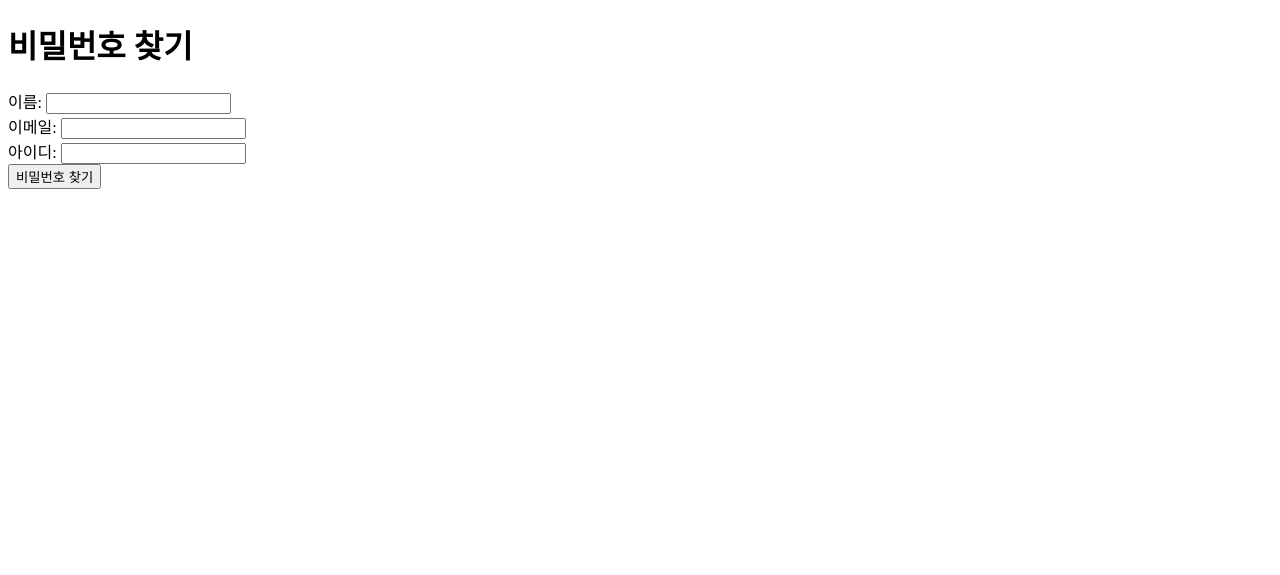
Repository: 0823-01/MonoLiving
Page: http://localhost/shoppingMall/views/member/pwReset.jsp
These files come from the project's save history. The page is drawn as it stood at one moment and after the next save; the edit follows.
The browser window is 1280 px wide. The pictures show the whole page.
The page is served by Tomcat 9.

Above is the page before, as saved 2024-11-01 00:39:28.

After the next save:
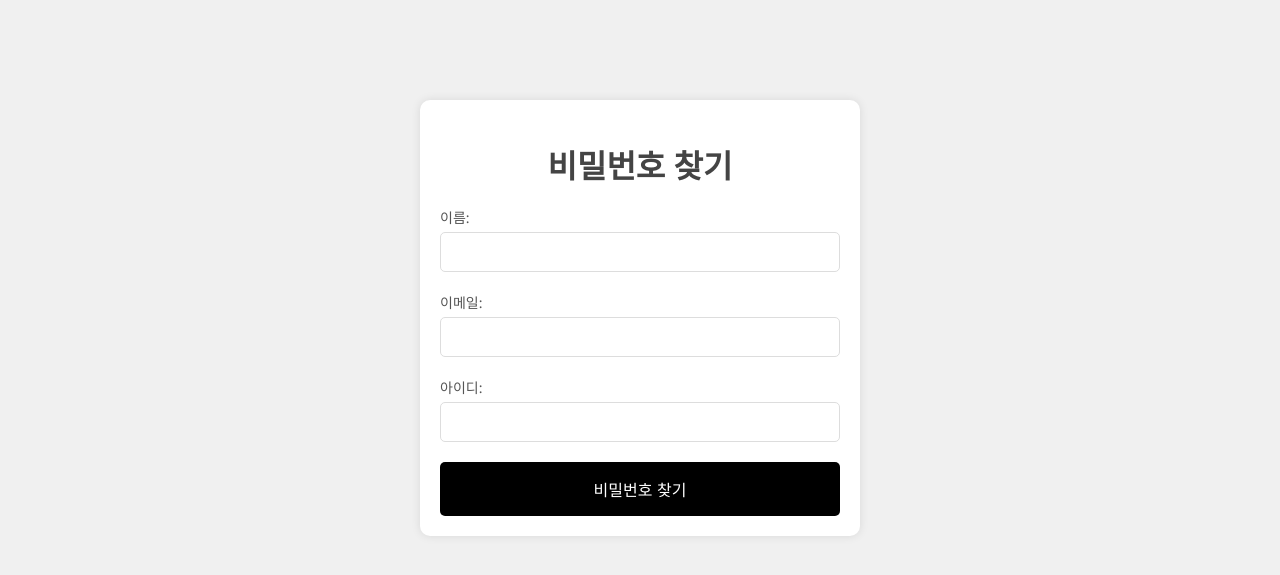
Saved 4 s later.
--- a/shoppingMall/src/main/webapp/views/member/pwReset.jsp
+++ b/shoppingMall/src/main/webapp/views/member/pwReset.jsp
@@ -1,30 +1,26 @@
-<%@ page language="java" contentType="text/html; charset=UTF-8"
-    pageEncoding="UTF-8" import="com.kh.member.model.vo.Member" %>
-
+<%@ page language="java" contentType="text/html; charset=UTF-8" pageEncoding="UTF-8" import="com.kh.member.model.vo.Member" %>
 <%
 String contextPath = request.getContextPath();
-
 %>
 
 <!DOCTYPE html>
-<html>
+<html lang="ko">
 <head>
     <meta charset="UTF-8">
+    <meta name="viewport" content="width=device-width, initial-scale=1.0">
     <title>비밀번호 찾기</title>
     <script src="https://code.jquery.com/jquery-3.6.0.min.js"></script>
     <script>
         $(document).ready(function() {
             $('#findPasswordButton').on('click', function(e) {
-                e.preventDefault(); // 기본 폼 제출 방지
+                e.preventDefault();
 
-                // 폼에서 값 가져오기
                 var userName = $('#userName').val();
                 var email = $('#email').val();
                 var userId = $('#userId').val();
 
-                // AJAX 요청
                 $.ajax({
-                    url: '<%= request.getContextPath() %>/pwReset.pw',
+                    url: '<%= contextPath %>/pwReset.pw',
                     type: 'GET',
                     data: {
                         userName: userName,
@@ -33,35 +29,95 @@ String contextPath = request.getContextPath();
                     },
                     success: function(response) {
                         if (response.status === 'success') {
-                            // 성공적으로 비밀번호를 찾았을 때
-                            alert(response.message); // 비밀번호 메시지 표시
-                            window.location.href = '<%= request.getContextPath() %>/views/member/findPasswordResult.jsp';
+                            // 비밀번호 찾기 결과 화면으로 이동하여 결과 표시
+                            window.location.href = '<%= contextPath %>/views/member/findPasswordResult.jsp?message=' + encodeURIComponent(response.message);
                         } else {
-                            // 비밀번호 찾기 실패 시
-                            alert("입력한 정보에 일치하는 비밀번호가 없습니다"); // 실패 메시지 표시
+                            alert("입력한 정보에 일치하는 비밀번호가 없습니다");
                         }
                     },
                     error: function(xhr, status, error) {
                         console.error('AJAX 요청 실패:', error);
                     }
                 });
+            });
+        });
+    </script>
+    <style>
+        body {
+            font-family: 'Segoe UI', Tahoma, Geneva, Verdana, sans-serif;
+            background-color: #f0f0f0;
+            color: #333;
+            margin: 0;
+            padding: 0;
+        }
+        .container {
+            width: 400px;
+            margin: 100px auto;
+            padding: 20px;
+            background-color: #fff;
+            border-radius: 10px;
+            box-shadow: 0 0 10px rgba(0, 0, 0, 0.1);
+        }
+        h1 {
+            text-align: center;
+            margin-bottom: 20px;
+            color: #444;
+        }
+        label {
+            display: block;
+            margin-bottom: 5px;
+            font-size: 14px;
+            color: #555;
+        }
+        input[type="text"], input[type="email"] {
+            width: 100%;
+            padding: 10px;
+            margin-bottom: 20px;
+            font-size: 16px;
+            border: 1px solid #ddd;
+            border-radius: 5px;
+            box-sizing: border-box;
+            transition: border 0.3s;
+        }
+        input[type="text"]:focus, input[type="email"]:focus {
+            border-color: black;
+            outline: none;
+        }
+        button {
+            width: 100%;
+            padding: 15px;
+            background-color: black;
+            color: white;
+            border: none;
+            border-radius: 5px;
+            cursor: pointer;
+            font-size: 16px;
+            transition: background-color 0.3s;
+        }
+        button:hover {
+            background-color: white;
+            color: black;
+            border: 1px solid black;
+        }
 
 
-            });
-
-        });
-    </script>
+    </style>
 </head>
 <body>
-    <h1>비밀번호 찾기</h1>
-    <form id="findPasswordForm"> <!-- 폼에 ID 추가 -->
-        <label for="userName">이름:</label>
-        <input type="text" id="userName" name="userName" required><br>
-        <label for="email">이메일:</label>
-        <input type="email" id="email" name="email" required><br>
-        <label for="userId">아이디:</label>
-        <input type="text" id="userId" name="userId" required><br>
-        <button id="findPasswordButton">비밀번호 찾기</button>
-    </form>
+    <div class="container">
+        <h1>비밀번호 찾기</h1>
+        <form id="findPasswordForm">
+            <label for="userName">이름:</label>
+            <input type="text" id="userName" name="userName" required>
+
+            <label for="email">이메일:</label>
+            <input type="email" id="email" name="email" required>
+
+            <label for="userId">아이디:</label>
+            <input type="text" id="userId" name="userId" required>
+
+            <button id="findPasswordButton">비밀번호 찾기</button>
+        </form>
+    </div>
 </body>
 </html>
